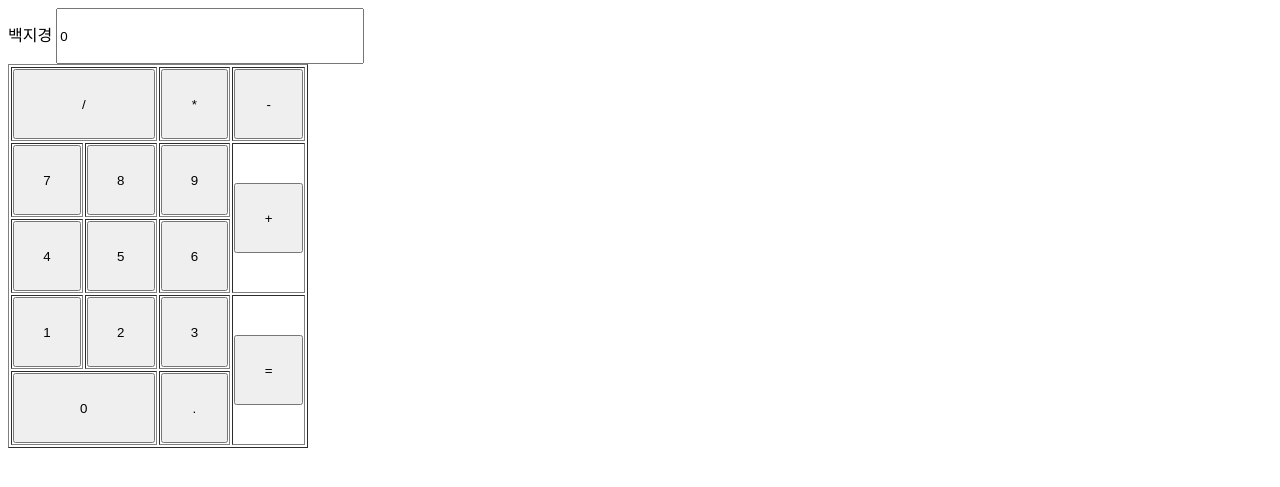
Repository: BaekJiGyeong/JSP
Page: http://localhost/AB_WebCalc/
These files come from the project's save history. The page is drawn as it stood at one moment and after the next save; the edit follows.
The browser window is 1280 px wide. The pictures show the whole page.
The page is served by Tomcat 9.

Above is the page before, as saved 2016-02-02 04:36:00.

After the next save:
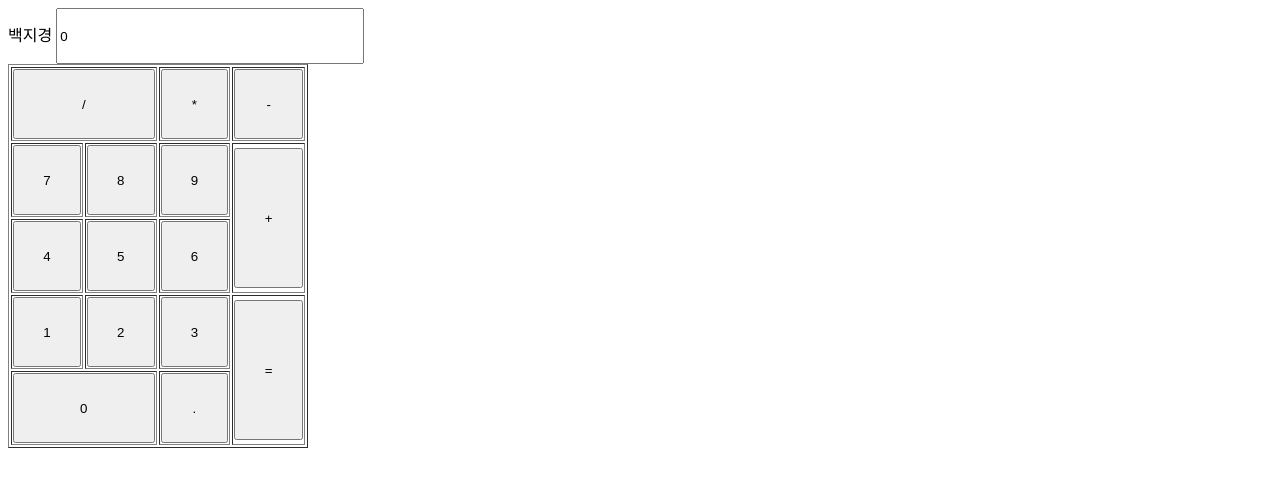
Saved 59 s later.
--- a/AB_WebCalc/WebContent/index.jsp
+++ b/AB_WebCalc/WebContent/index.jsp
@@ -27,7 +27,7 @@
 			<td><input type="button" id="9" value="9"
 				style="width: 100%; height: 70px;" /></td>
 			<td rowspan="2"><input type="button" id="plus" value="+"
-				style="width: 100%; height: 70px;" /></td>
+				style="width: 100%; height: 140px;" /></td>
 		</tr>
 		<tr>
 			<td><input type="button" id="4" value="4"
@@ -45,7 +45,7 @@
 			<td><input type="button" id="3" value="3"
 				style="width: 100%; height: 70px;" /></td>
 			<td rowspan="2"><input type="button" id="result" value="="
-				style="width: 100%; height: 70px;" /></td>
+				style="width: 100%; height: 140px;" /></td>
 		</tr>
 		<tr>
 			<td colspan="2"><input type="button" id="0" value="0"
